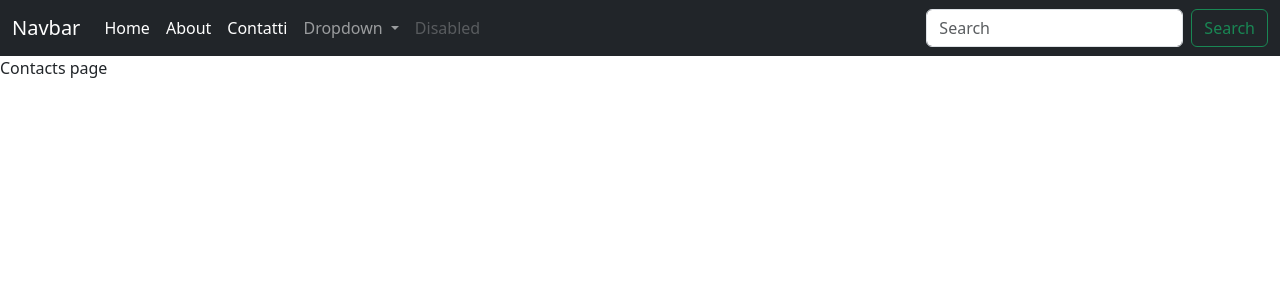
Repository: nicola-2000/progetto-tech-web
Page: http://localhost/contacts
An editor plug-in stored every save of this project. The page is shown before and after the next save, followed by the edit.
The browser window is 1280 px wide. The pictures show the whole page.
The page is served by the project's Laravel application, run on PHP 8.4 with Laravel 12. Other server files are loaded and not shown. Style sheets and scripts are compiled from the project's sources, by tool versions that may differ from the author's.

Above is the page before, as saved 2024-05-12 19:18:15.

### routes/web.php
<?php

use Illuminate\Support\Facades\Route;

Route::get('/', function () {
    return view('home');
});

Route::get('/about', function(){
    return view('about');
});

Route::get('/contacts', function(){
    return view('contacts');
});

### resources/views/contacts.blade.php
<x-layout>
    Contacts page
</x-layout>

### resources/views/components/layout.blade.php
<!doctype html>
<html lang="{{ str_replace('_', '-', app()->getLocale()) }}">
<head>
    <meta charset="utf-8">
    <meta name="viewport" content="width=device-width, initial-scale=1">

    <!-- CSRF Token -->
    <meta name="csrf-token" content="{{ csrf_token() }}">

    <title>{{ config('app.name', 'Laravel') }}</title>

    <!-- Scripts -->
    @vite(['resources/sass/app.scss', 'resources/js/app.js'])

</head>
<body>
    <x-navbar>

    </x-navbar>
    {{$slot}}
</body>
</html>

### resources/views/components/navbar.blade.php
<nav class="navbar navbar-expand-lg navbar-dark bg-dark">
  <div class="container-fluid">
    <a class="navbar-brand" href="#">Navbar</a>
    <button class="navbar-toggler" type="button" data-bs-toggle="collapse" data-bs-target="#navbarSupportedContent" aria-controls="navbarSupportedContent" aria-expanded="false" aria-label="Toggle navigation">
      <span class="navbar-toggler-icon"></span>
    </button>
    <div class="collapse navbar-collapse" id="navbarSupportedContent">
      <ul class="navbar-nav me-auto mb-2 mb-lg-0">
        <x-nav-link href="/" class="nav-link active" aria-current="page">
            Home
        </x-nav-link>
        <x-nav-link href="/about" class="nav-link active" aria-current="page">
            About
        </x-nav-link>
        <x-nav-link href="/contacts" class="nav-link active" aria-current="page">
            Contatti
        </x-nav-link>
        <li class="nav-item dropdown">
          <a class="nav-link dropdown-toggle" href="#" id="navbarDropdown" role="button" data-bs-toggle="dropdown" aria-expanded="false">
            Dropdown
          </a>
          <ul class="dropdown-menu" aria-labelledby="navbarDropdown">
            <li><a class="dropdown-item" href="#">Action</a></li>
            <li><a class="dropdown-item" href="#">Another action</a></li>
            <li><hr class="dropdown-divider"></li>
            <li><a class="dropdown-item" href="#">Something else here</a></li>
          </ul>
        </li>
        <li class="nav-item">
          <a class="nav-link disabled" href="#" tabindex="-1" aria-disabled="true">Disabled</a>
        </li>
      </ul>
      <form class="d-flex">
        <input class="form-control me-2" type="search" placeholder="Search" aria-label="Search">
        <button class="btn btn-outline-success" type="submit">Search</button>
      </form>
    </div>
  </div>
</nav>

### resources/views/components/nav-link.blade.php
<li class="nav-item">
    <a {{$attributes}}>{{$slot}}</a>
</li>

### resources/sass/app.scss
// Fonts
@import url('https://fonts.bunny.net/css?family=Nunito');

// Bootstrap
@import 'bootstrap/scss/bootstrap';

After the next save:
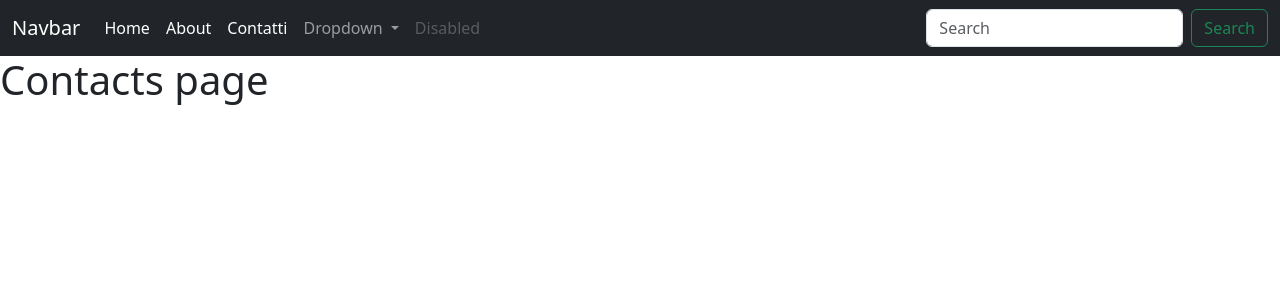
Saved 34 s later.
--- a/resources/views/contacts.blade.php
+++ b/resources/views/contacts.blade.php
@@ -1,3 +1,3 @@
 <x-layout>
-    Contacts page
+    <h1>Contacts page</h1>
 </x-layout>
